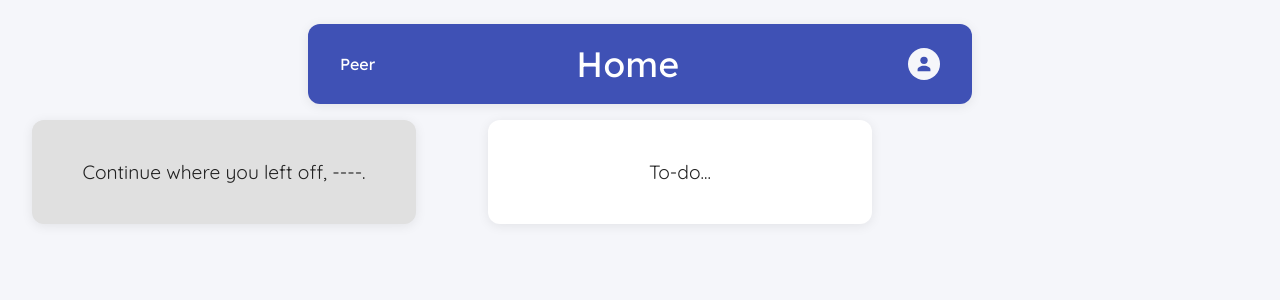
Repository: saifg123/Peer
Page: home.html
An editor plug-in stored every save of this project. The page is shown before and after the next save, followed by the edit.
The browser window is 1280 px wide. The pictures show the whole page.
The pointer rests on the first visible `.continue-box`.

Above is the page before, as saved 2025-05-24 20:18:33.

After the next save:
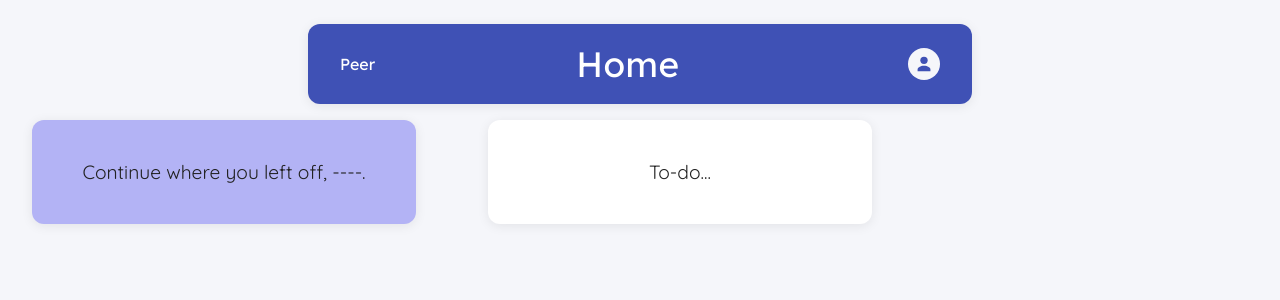
Saved 54 s later.
--- a/home.html
+++ b/home.html
@@ -103,7 +103,7 @@
             color: #222;
         }
         .continue-box:hover {
-            background: #e0e0e0;
+            background: #b3b3f5;
             transition: background 0.3s ease;
         }
         .to-do-box {
@@ -125,7 +125,7 @@
             margin-left: 88px;
         }
         .to-do-box:hover {
-            background: #e0e0e0;
+            background: #b3b3f5;
             transition: background 0.3s ease;
         }
     </style>
